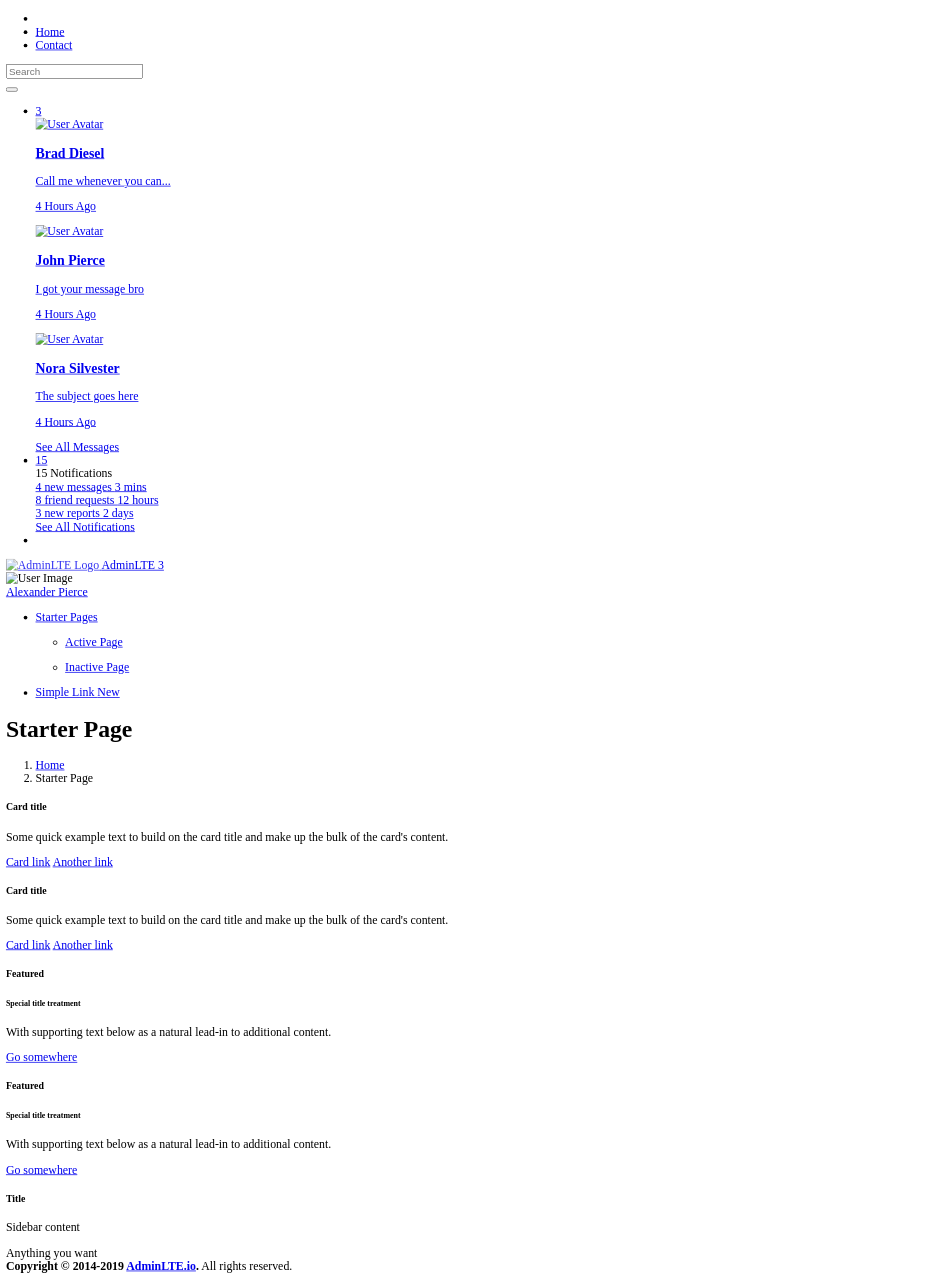
Repository: anandg0006/laravel
Page: resources/views/master.blade.php
The author's editor kept a copy of each file at every save. The page is drawn from the files as they stood at one save, then again after the next save.
The browser window is 1280 px wide. The pictures show the whole page, at 74% of full size.
The page is served by the project's Laravel application, run on PHP 8.4 with Laravel 8. Other server files are loaded and not shown. Style sheets and scripts are compiled from the project's sources, by tool versions that may differ from the author's. The template is opened directly, without the code that normally fills it, so the values that code supplies are empty.

Above is the page before, as saved 2020-08-28 12:59:00.

### resources/views/master.blade.php

<!DOCTYPE html>
<!--
This is a starter template page. Use this page to start your new project from
scratch. This page gets rid of all links and provides the needed markup only.
-->
<html lang="en">
<head>
  <meta charset="utf-8">
  <meta name="viewport" content="width=device-width, initial-scale=1">
  <meta http-equiv="x-ua-compatible" content="ie=edge">

  <title>AdminLTE 3 | Starter</title>

  <!-- Font Awesome Icons -->

</head>
<body class="hold-transition sidebar-mini">
<div class="wrapper">

  <!-- Navbar -->
  <nav class="main-header navbar navbar-expand navbar-white navbar-light">
    <!-- Left navbar links -->
    <ul class="navbar-nav">
      <li class="nav-item">
        <a class="nav-link" data-widget="pushmenu" href="#" role="button"><i class="fas fa-bars"></i></a>
      </li>
      <li class="nav-item d-none d-sm-inline-block">
        <a href="index3.html" class="nav-link">Home</a>
      </li>
      <li class="nav-item d-none d-sm-inline-block">
        <a href="#" class="nav-link">Contact</a>
      </li>
    </ul>

    <!-- SEARCH FORM -->
    <form class="form-inline ml-3">
      <div class="input-group input-group-sm">
        <input class="form-control form-control-navbar" type="search" placeholder="Search" aria-label="Search">
        <div class="input-group-append">
          <button class="btn btn-navbar" type="submit">
            <i class="fas fa-search"></i>
          </button>
        </div>
      </div>
    </form>

    <!-- Right navbar links -->
    <ul class="navbar-nav ml-auto">
      <!-- Messages Dropdown Menu -->
      <li class="nav-item dropdown">
        <a class="nav-link" data-toggle="dropdown" href="#">
          <i class="far fa-comments"></i>
          <span class="badge badge-danger navbar-badge">3</span>
        </a>
        <div class="dropdown-menu dropdown-menu-lg dropdown-menu-right">
          <a href="#" class="dropdown-item">
            <!-- Message Start -->
            <div class="media">
              <img src="dist/img/user1-128x128.jpg" alt="User Avatar" class="img-size-50 mr-3 img-circle">
              <div class="media-body">
                <h3 class="dropdown-item-title">
                  Brad Diesel
                  <span class="float-right text-sm text-danger"><i class="fas fa-star"></i></span>
                </h3>
                <p class="text-sm">Call me whenever you can...</p>
                <p class="text-sm text-muted"><i class="far fa-clock mr-1"></i> 4 Hours Ago</p>
              </div>
            </div>
            <!-- Message End -->
          </a>
          <div class="dropdown-divider"></div>
          <a href="#" class="dropdown-item">
            <!-- Message Start -->
            <div class="media">
              <img src="dist/img/user8-128x128.jpg" alt="User Avatar" class="img-size-50 img-circle mr-3">
              <div class="media-body">
                <h3 class="dropdown-item-title">
                  John Pierce
                  <span class="float-right text-sm text-muted"><i class="fas fa-star"></i></span>
                </h3>
                <p class="text-sm">I got your message bro</p>
                <p class="text-sm text-muted"><i class="far fa-clock mr-1"></i> 4 Hours Ago</p>
              </div>
            </div>
            <!-- Message End -->
          </a>
          <div class="dropdown-divider"></div>
          <a href="#" class="dropdown-item">
            <!-- Message Start -->
            <div class="media">
              <img src="dist/img/user3-128x128.jpg" alt="User Avatar" class="img-size-50 img-circle mr-3">
              <div class="media-body">
                <h3 class="dropdown-item-title">
                  Nora Silvester
                  <span class="float-right text-sm text-warning"><i class="fas fa-star"></i></span>
                </h3>
                <p class="text-sm">The subject goes here</p>
                <p class="text-sm text-muted"><i class="far fa-clock mr-1"></i> 4 Hours Ago</p>
              </div>
            </div>
            <!-- Message End -->
          </a>
          <div class="dropdown-divider"></div>
          <a href="#" class="dropdown-item dropdown-footer">See All Messages</a>
        </div>
      </li>
      <!-- Notifications Dropdown Menu -->
      <li class="nav-item dropdown">
        <a class="nav-link" data-toggle="dropdown" href="#">
          <i class="far fa-bell"></i>
          <span class="badge badge-warning navbar-badge">15</span>
        </a>
        <div class="dropdown-menu dropdown-menu-lg dropdown-menu-right">
          <span class="dropdown-header">15 Notifications</span>
          <div class="dropdown-divider"></div>
          <a href="#" class="dropdown-item">
            <i class="fas fa-envelope mr-2"></i> 4 new messages
            <span class="float-right text-muted text-sm">3 mins</span>
          </a>
          <div class="dropdown-divider"></div>
          <a href="#" class="dropdown-item">
            <i class="fas fa-users mr-2"></i> 8 friend requests
            <span class="float-right text-muted text-sm">12 hours</span>
          </a>
          <div class="dropdown-divider"></div>
          <a href="#" class="dropdown-item">
            <i class="fas fa-file mr-2"></i> 3 new reports
            <span class="float-right text-muted text-sm">2 days</span>
          </a>
          <div class="dropdown-divider"></div>
          <a href="#" class="dropdown-item dropdown-footer">See All Notifications</a>
        </div>
      </li>
      <li class="nav-item">
        <a class="nav-link" data-widget="control-sidebar" data-slide="true" href="#" role="button"><i
            class="fas fa-th-large"></i></a>
      </li>
    </ul>
  </nav>
  <!-- /.navbar -->

  <!-- Main Sidebar Container -->
  <aside class="main-sidebar sidebar-dark-primary elevation-4">
    <!-- Brand Logo -->
    <a href="index3.html" class="brand-link">
      <img src="dist/img/AdminLTELogo.png" alt="AdminLTE Logo" class="brand-image img-circle elevation-3"
           style="opacity: .8">
      <span class="brand-text font-weight-light">AdminLTE 3</span>
    </a>

    <!-- Sidebar -->
    <div class="sidebar">
      <!-- Sidebar user panel (optional) -->
      <div class="user-panel mt-3 pb-3 mb-3 d-flex">
        <div class="image">
          <img src="dist/img/user2-160x160.jpg" class="img-circle elevation-2" alt="User Image">
        </div>
        <div class="info">
          <a href="#" class="d-block">Alexander Pierce</a>
        </div>
      </div>

      <!-- Sidebar Menu -->
      <nav class="mt-2">
        <ul class="nav nav-pills nav-sidebar flex-column" data-widget="treeview" role="menu" data-accordion="false">
          <!-- Add icons to the links using the .nav-icon class
               with font-awesome or any other icon font library -->
          <li class="nav-item has-treeview menu-open">
            <a href="#" class="nav-link active">
              <i class="nav-icon fas fa-tachometer-alt"></i>
              <p>
                Starter Pages
                <i class="right fas fa-angle-left"></i>
              </p>
            </a>
            <ul class="nav nav-treeview">
              <li class="nav-item">
                <a href="#" class="nav-link active">
                  <i class="far fa-circle nav-icon"></i>
                  <p>Active Page</p>
                </a>
              </li>
              <li class="nav-item">
                <a href="#" class="nav-link">
                  <i class="far fa-circle nav-icon"></i>
                  <p>Inactive Page</p>
                </a>
              </li>
            </ul>
          </li>
          <li class="nav-item">
            <a href="#" class="nav-link">
              <i class="nav-icon fas fa-th"></i>
              <p>
                Simple Link
                <span class="right badge badge-danger">New</span>
              </p>
            </a>
          </li>
        </ul>
      </nav>
      <!-- /.sidebar-menu -->
    </div>
    <!-- /.sidebar -->
  </aside>

  <!-- Content Wrapper. Contains page content -->
  <div class="content-wrapper">
    <!-- Content Header (Page header) -->
    <div class="content-header">
      <div class="container-fluid">
        <div class="row mb-2">
          <div class="col-sm-6">
            <h1 class="m-0 text-dark">Starter Page</h1>
          </div><!-- /.col -->
          <div class="col-sm-6">
            <ol class="breadcrumb float-sm-right">
              <li class="breadcrumb-item"><a href="#">Home</a></li>
              <li class="breadcrumb-item active">Starter Page</li>
            </ol>
          </div><!-- /.col -->
        </div><!-- /.row -->
      </div><!-- /.container-fluid -->
    </div>
    <!-- /.content-header -->

    <!-- Main content -->
    <div class="content">
      <div class="container-fluid">
        <div class="row">
          <div class="col-lg-6">
            <div class="card">
              <div class="card-body">
                <h5 class="card-title">Card title</h5>

                <p class="card-text">
                  Some quick example text to build on the card title and make up the bulk of the card's
                  content.
                </p>

                <a href="#" class="card-link">Card link</a>
                <a href="#" class="card-link">Another link</a>
              </div>
            </div>

            <div class="card card-primary card-outline">
              <div class="card-body">
                <h5 class="card-title">Card title</h5>

                <p class="card-text">
                  Some quick example text to build on the card title and make up the bulk of the card's
                  content.
                </p>
                <a href="#" class="card-link">Card link</a>
                <a href="#" class="card-link">Another link</a>
              </div>
            </div><!-- /.card -->
          </div>
          <!-- /.col-md-6 -->
          <div class="col-lg-6">
            <div class="card">
              <div class="card-header">
                <h5 class="m-0">Featured</h5>
              </div>
              <div class="card-body">
                <h6 class="card-title">Special title treatment</h6>

                <p class="card-text">With supporting text below as a natural lead-in to additional content.</p>
                <a href="#" class="btn btn-primary">Go somewhere</a>
              </div>
            </div>

            <div class="card card-primary card-outline">
              <div class="card-header">
                <h5 class="m-0">Featured</h5>
              </div>
              <div class="card-body">
                <h6 class="card-title">Special title treatment</h6>

                <p class="card-text">With supporting text below as a natural lead-in to additional content.</p>
                <a href="#" class="btn btn-primary">Go somewhere</a>
              </div>
            </div>
          </div>
          <!-- /.col-md-6 -->
        </div>
        <!-- /.row -->
      </div><!-- /.container-fluid -->
    </div>
    <!-- /.content -->
  </div>
  <!-- /.content-wrapper -->

  <!-- Control Sidebar -->
  <aside class="control-sidebar control-sidebar-dark">
    <!-- Control sidebar content goes here -->
    <div class="p-3">
      <h5>Title</h5>
      <p>Sidebar content</p>
    </div>
  </aside>
  <!-- /.control-sidebar -->

  <!-- Main Footer -->
  <footer class="main-footer">
    <!-- To the right -->
    <div class="float-right d-none d-sm-inline">
      Anything you want
    </div>
    <!-- Default to the left -->
    <strong>Copyright &copy; 2014-2019 <a href="https://adminlte.io">AdminLTE.io</a>.</strong> All rights reserved.
  </footer>
</div>
<!-- ./wrapper -->

<!-- REQUIRED SCRIPTS -->

<!-- jQuery -->
<script src="/js/app.js"></script>
</body>
</html>

Loaded but not shown: routes/web.php (common file); app/Http/Controllers/Auth/LoginController.php (common file); app/Http/Controllers/Controller.php (common file); app/Http/Controllers/Auth/ConfirmPasswordController.php (common file); resources/sass/app.scss (common file); resources/sass/_variables.scss (common file)

After the next save:
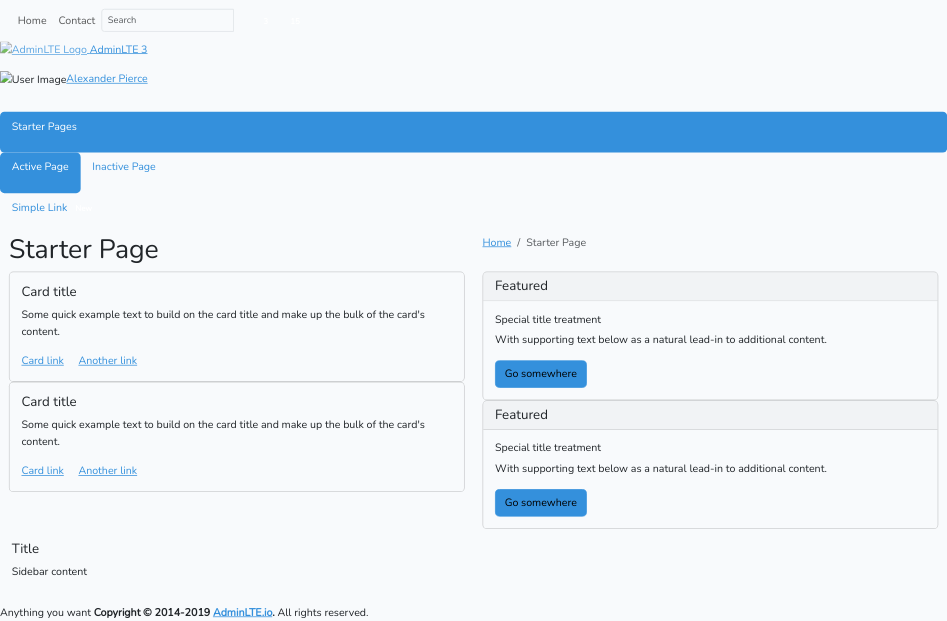
Saved 61 s later.
--- a/resources/views/master.blade.php
+++ b/resources/views/master.blade.php
@@ -11,7 +11,7 @@ scratch. This page gets rid of all links and provides the needed markup only.
   <meta http-equiv="x-ua-compatible" content="ie=edge">
 
   <title>AdminLTE 3 | Starter</title>
-
+<link rel="stylesheet" href="/css/app.css">
   <!-- Font Awesome Icons -->
 
 </head>
